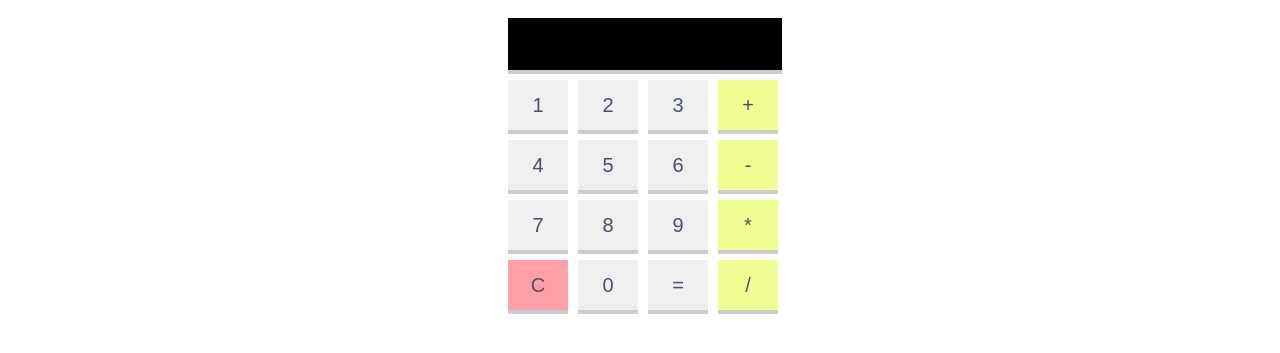
Repository: Drumstrum88/LAB-calculator
Page: index.html
The author's editor kept a copy of each file at every save. The page is drawn from the files as they stood at one save, then again after a run of saves.
The browser window is 1280 px wide. The pictures show the whole page.

Above is the page before, as saved 2023-04-15 20:58:28.

After the next 2 saves:
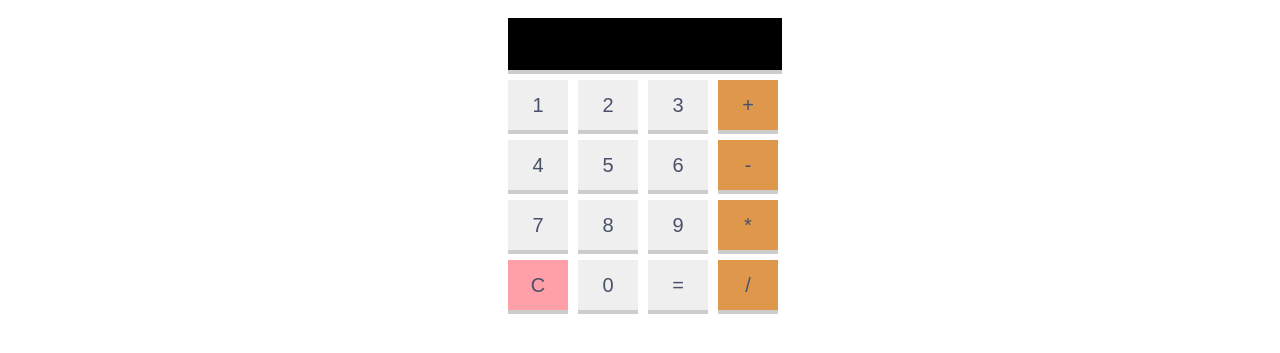
The 2 saves are shown as one change because they came seconds apart.
The last was saved 2 min 7 s later.
--- a/main.css
+++ b/main.css
@@ -44,7 +44,7 @@ input{
 }
 
 .operator{
-  background-color: #f1ff92;
+  background-color: #df974c;
   position: relative;
 }
 
